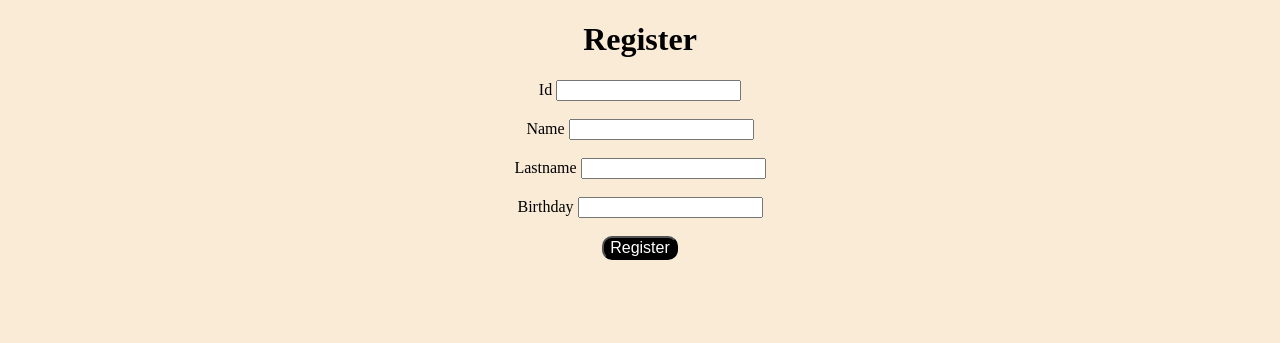
Repository: Danielcruz99/repo-aws-15
Page: register.html
The author's editor kept a copy of each file at every save. The page is drawn from the files as they stood at one save, then again after the next save.
The browser window is 1280 px wide. The pictures show the whole page.

Above is the page before, as saved 2024-09-10 13:31:02.

After the next save:
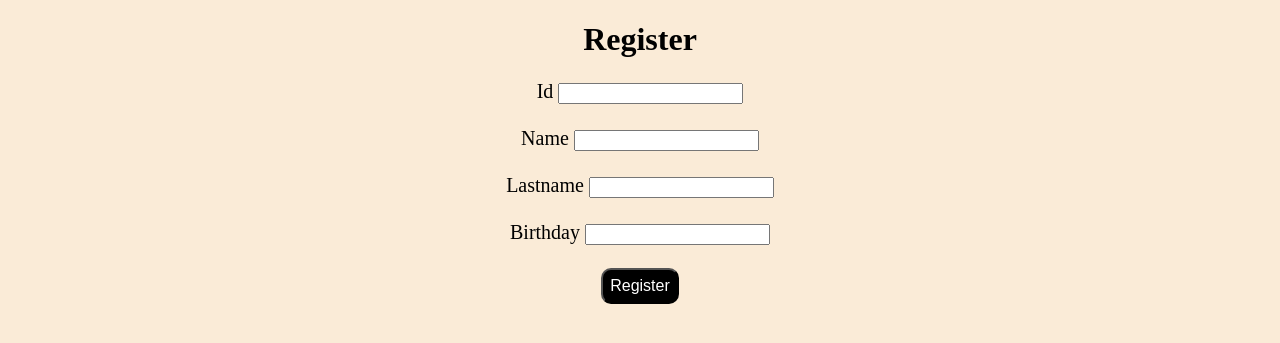
Saved 44 s later.
--- a/styleRegister.css
+++ b/styleRegister.css
@@ -6,11 +6,15 @@ body {
     background-color: antiquewhite;
 }
 
-
 button {
     background-color: black;
     color:white;
     font-size: medium;
     border-radius: 10px;
-    padding: ;
+    padding: 7px;
 }
+
+form{
+
+    font-size: 20px;
+}
